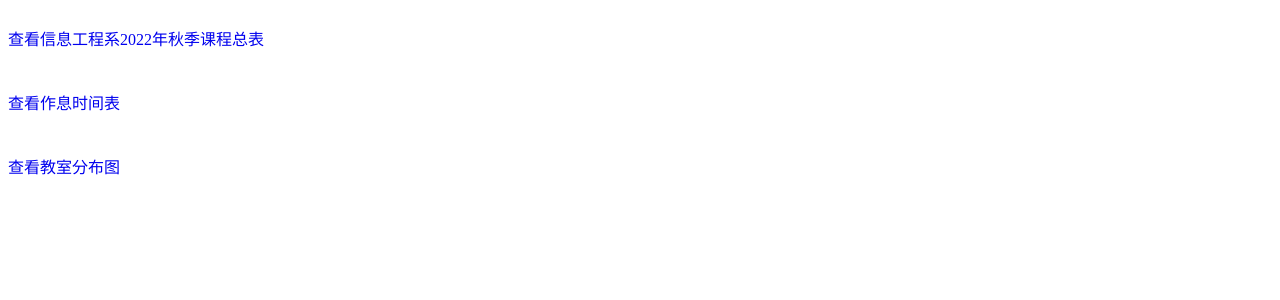
Repository: teacherlonglong/teacherlonglong.github.io
Page: index.html
These files come from the project's save history. The page is drawn as it stood at one moment and after the next save; the edit follows.
The browser window is 1280 px wide. The pictures show the whole page.

Above is the page before, as saved 2022-09-13 17:02:19.

After the next save:
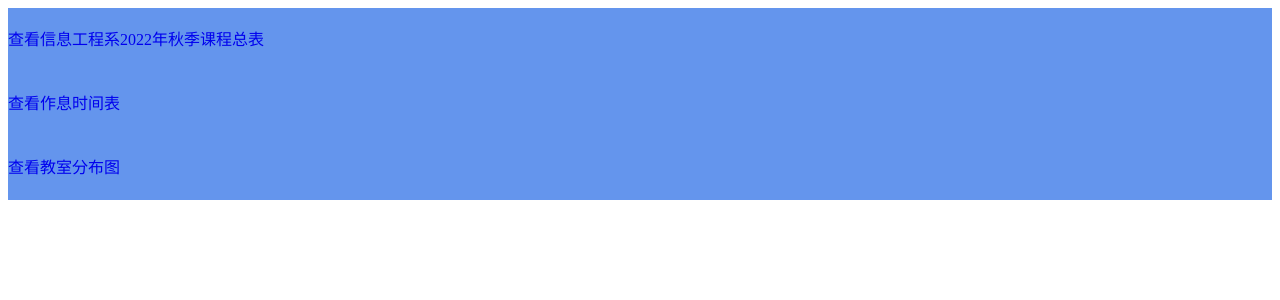
Saved 13 s later.
--- a/index.html
+++ b/index.html
@@ -8,6 +8,7 @@
             text-decoration: none;
             line-height: 64px;
             height: 64px;
+            background-color: cornflowerblue;
         }
     </style>
 </head>
